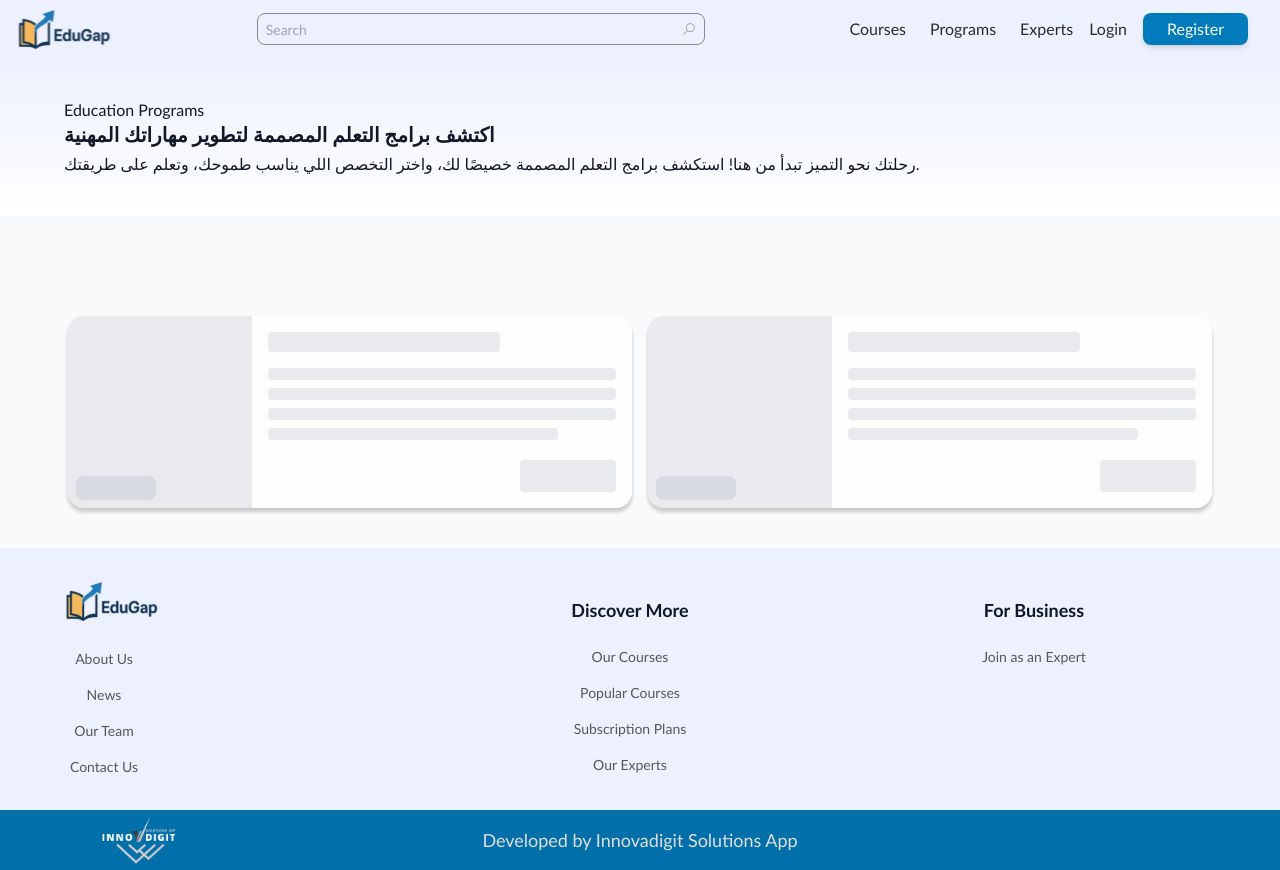
Repository: Yehyv/EduGap-Project
Page: /programs-list
An editor plug-in stored every save of this project. The page is shown before and after the next save, followed by the edit.
The browser window is 1280 px wide. The pictures show the whole page.
The page's requests for data from a server got no answer. The project was rebuilt for these pictures with package versions that can differ from the ones it lists, and the page was loaded fresh each time. Some packages were replaced by stand-ins written for this rebuild. No one was signed in, and anything a server would have sent is missing. Also part of the build but not shown: vite.config.ts, src/features/auth/services/authApi.ts, src/shared/utils/AppSwal.tsx, src/shared/utils/ShowMessagesAlert.tsx, src/features/auth/hooks/useLogin.ts, src/features/auth/components/LoginForm.tsx, src/features/auth/index.ts, src/shared/hooks/useClickOutside.ts and 75 more.

Above is the page before, as saved 2025-09-30 15:03:30.

After the next save:
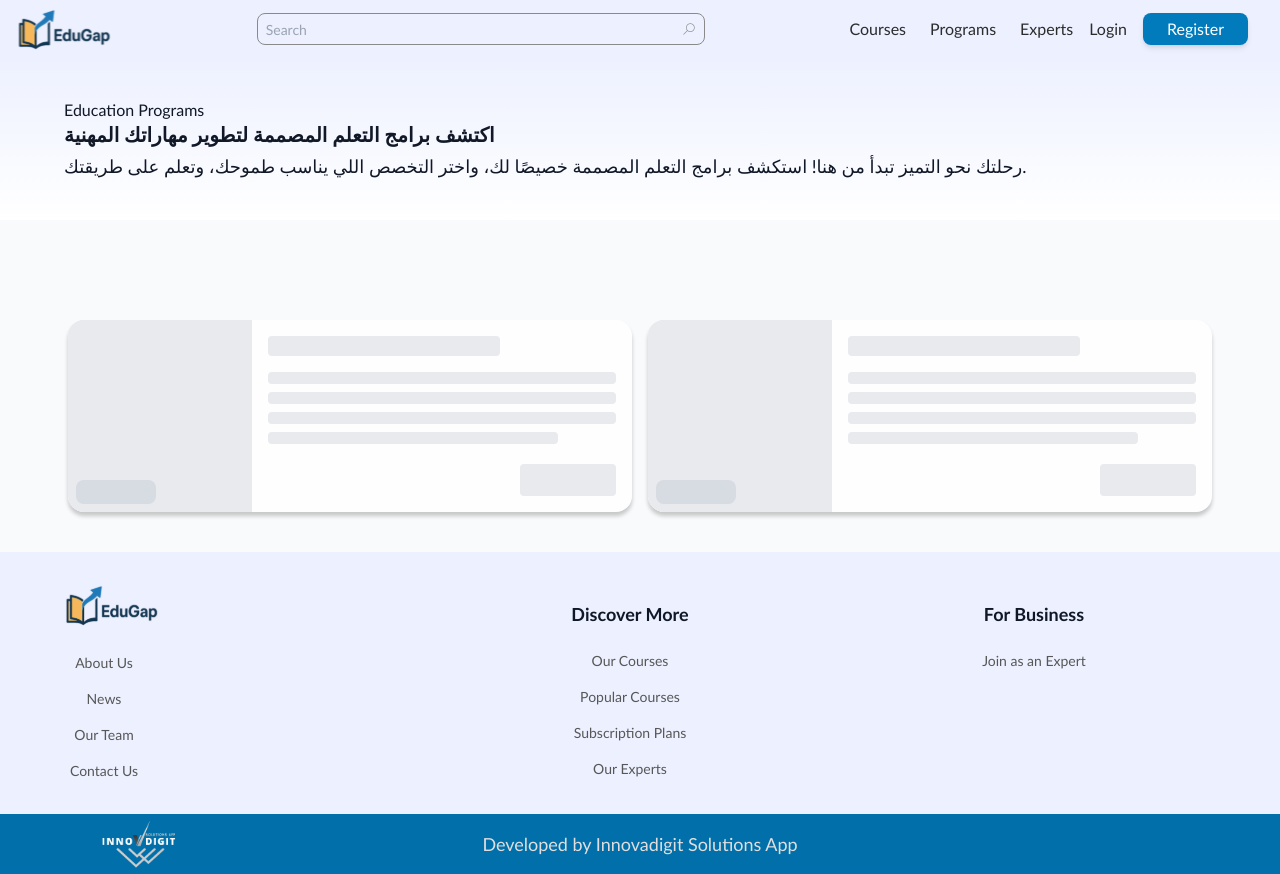
Saved 48 s later.
--- a/src/pages/ProgramsList.tsx
+++ b/src/pages/ProgramsList.tsx
@@ -33,7 +33,7 @@ const GuestPopularCoursesPage = () => {
         <div className="container">
           <h5>{t("programs_title")}</h5>
           <h4>اكتشف برامج التعلم المصممة لتطوير مهاراتك المهنية</h4>
-          <p>
+          <p className="text-lg">
             رحلتك نحو التميز تبدأ من هنا! استكشف برامج التعلم المصممة خصيصًا لك،
             واختر التخصص اللي يناسب طموحك، وتعلم على طريقتك.
           </p>
